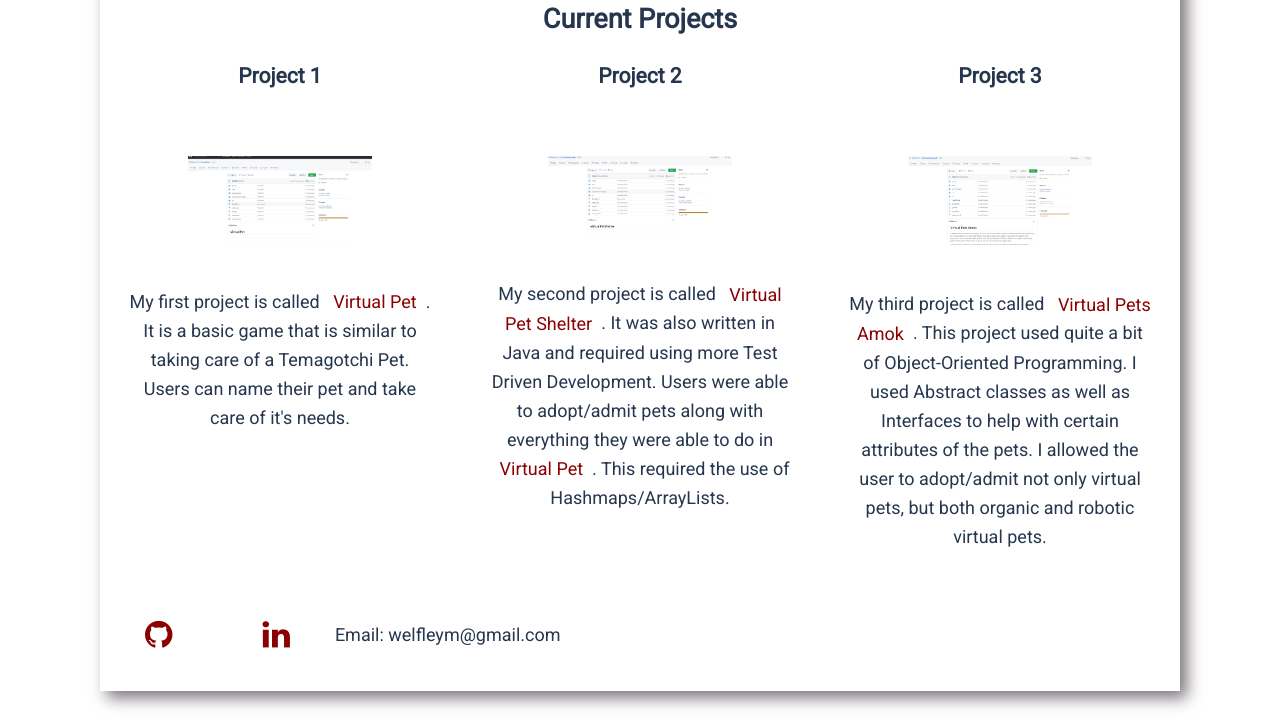
Repository: Matt1218/Matt1218.github.io
Page: index.html
An editor plug-in stored every save of this project. The page is shown before and after the next save, followed by the edit.
The browser window is 1280 px wide. The pictures show the part of the page from y = 565 to 1292 px (the page is 1292 px tall before and 1256 px after).
A picture or video elsewhere on the page could not be fetched, so the positions and the page height are approximate.

Above is the page before, as saved 2022-03-21 14:06:09.

### index.html
<!DOCTYPE html>
<html lang="en">

<head>
    <meta charset="UTF-8">
    <meta http-equiv="X-UA-Compatible" content="IE=edge">
    <meta name="viewport" content="width=device-width, initial-scale=1.0">
    <link rel="stylesheet" href="https://cdnjs.cloudflare.com/ajax/libs/font-awesome/4.7.0/css/font-awesome.min.css">
    <link rel="stylesheet" href="style.css">
    <title>Matt's Portfolio</title>
</head>

<body>
    <div class="container">
        <header class="page-header">
            <h1 id="header-logo">Matt Welfley</h1>
            <ul class="header-nav">
                <li>
                    <nav class="header-nav-item"><a href="#profile">About Me</a></nav>
                </li>
                <li>
                    <nav class="header-nav-item"><a href="#projects">Projects</a></nav>
                </li>
            </ul>
        </header>
        <section id="profile">

            <figure id="profile-image">
                <img src="./assets/Headshot (2).jpg" alt="A profile picture of me">
            </figure>
            <article class="bio">
                <h2>About Me:</h2>
                <p>I graduated from Kent State University with a Bachelor's of Arts Degree in Organizational
                    Communication. I enjoy backpacking, climbing, disc golf, and writing clean, functional code. I am
                    currently
                    based in Kent, Ohio. </p>
                <section class="skills">
                    <h2>Technical Skills:</h2>
                    <ul>
                        <li>Java</li>
                        <li>HTML</li>
                        <li>CSS</li>
                        <li>JavaScript</li>
                        <li>MVC</li>
                        <li>Spring</li>
                        <li>Thymeleaf</li>
                        <li>Object Oriented Programming</li>
                    </ul>
                </section>

            </article>

        </section>

        <h2 id="projects-title">Current Projects</h2>
        <section id="projects">
            <article class="projects-column">
                <h3 class="projects-column-title">Project 1</h3>
                <figure class="projects-column-figure">
                    <img src="./assets/VIrtualPetScreenshot.png" alt="VirtualPetScreenshot" class="projects-image-1">
                    <p>My first project is called <a href="https://github.com/Matt1218/VirtualPet">Virtual Pet</a>. It
                        is a
                        basic game that is similar to taking care of a Temagotchi Pet. Users can name their pet and take
                        care of it's needs.</p>
                </figure>
            </article>

            <article class="projects-column">
                <h3 class="projects-column-title">Project 2</h3>
                <figure class="projects-column-figure">
                    <img src="./assets/VirtualPetShelterScreenshot.png" alt="VirtualPetShelterScreenshot"
                        class="projects-image-2">
                    <p>My second project is called <a href="https://github.com/Matt1218/VirtualPetShelter">Virtual Pet
                            Shelter</a>. It was also written in Java and required using more Test Driven Development.
                        Users
                        were able to adopt/admit pets along with everything they were able to do in <a
                            href="https://github.com/Matt1218/VirtualPet">Virtual Pet</a>. This required the use of
                        Hashmaps/ArrayLists.</p>
                </figure>
            </article>
            <article class="projects-column">
                <h3 class="projects-column-title">Project 3</h3>
                <figure class="projects-column-figure">
                    <img src="./assets/VirtualPetsAmokScreenshot.png" alt="VirtualPetsAmokScreenshot"
                        class="projects-image-3">
                    <p>My third project is called <a href="https://github.com/Matt1218/VirtualPetsAmok">Virtual Pets
                            Amok</a>. This project used quite a bit of Object-Oriented Programming. I used Abstract
                        classes
                        as well as Interfaces to help with certain attributes of the pets. I allowed the user to
                        adopt/admit
                        not only virtual pets, but both organic and robotic virtual pets.</p>
                </figure>
            </article>
        </section>

        <footer id="footer">
            <a href="https://github.com/Matt1218" class="fa fa-github"></a>
            <a href="https://www.linkedin.com/in/matt-welfley" class="fa fa-linkedin"></a>
            <span>Email: welfleym@gmail.com</span>
        </footer>
    </div>
</body>

</html>

### style.css
@import url('https://fonts.googleapis.com/css2?family=Roboto');

* {
    box-sizing: border-box;
    margin: 0;
    padding: 0;
}

html {
    color: rgb(38, 54, 78);
    font: 18px/1.618 sans-serif;
    font-family: 'Roboto', sans-serif;
}

a {
    color: darkred;
    padding: .25rem .5rem;
    text-decoration: none;
}

.container {
    background-color: white;
    margin: 2rem auto;
    max-width: 60rem;
    width: 90%;
    -webkit-box-shadow: 7px 7px 15px 0px rgba(122, 115, 122, 1);
    -moz-box-shadow: 7px 7px 15px 0px rgba(122, 115, 122, 1);
    box-shadow: 7px 7px 15px 0px rgba(122, 115, 122, 1);
}

.page-header {
    display: flex;
    align-items: center;
    justify-content: space-between;
}

#header-logo {
    margin-left: 1.5rem;
    font-style: bold;
}

.header-nav {
    display: flex;
    list-style-type: none;
}

.header-nav-item {
    list-style-type: none;
    margin: 1rem;
}

.header-nav-item:hover {
    background-color: grey;
    border: .5px solid rgb(38, 54, 78);
    border-radius: .5rem;
    transition: .5s;
}

#profile {
    display: flex;
    justify-content: space-between;
}

#profile img {
    width: 70%;
    margin: 1rem;
    height: auto;
    border-radius: 5px;

}

#projects img {
    width: 60%;
    margin: 2rem;
}

.bio {
    display: flex;
    flex-direction: column;
    margin: .5rem 3rem;
}

.skills {
    margin-top: 1rem;
}


#projects-title{
    text-align: center;
    margin: 1rem;
}

#projects{
    display: grid;
    grid-template-columns: 1fr 1fr 1fr;
}

.projects-column-title{
    text-align: center;
}

.projects-column-figure{
    text-align: center;
    margin: 1.5rem;
}

#footer{
    display: flex;
    align-items: center;
}

#footer a {
    font-size: xx-large;
    margin: 2rem;
}

After the next save:
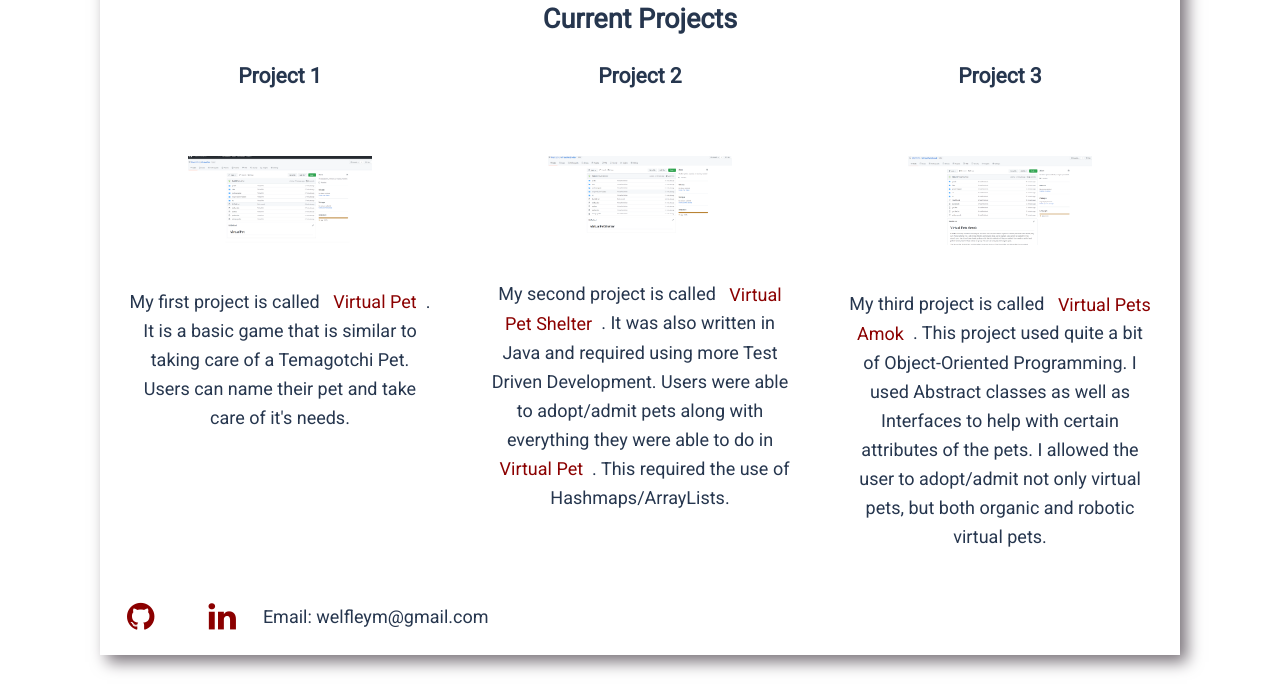
Saved 5 s later.
--- a/style.css
+++ b/style.css
@@ -111,5 +111,5 @@ a {
 
 #footer a {
     font-size: xx-large;
-    margin: 2rem;
+    margin: 1rem;
 }
